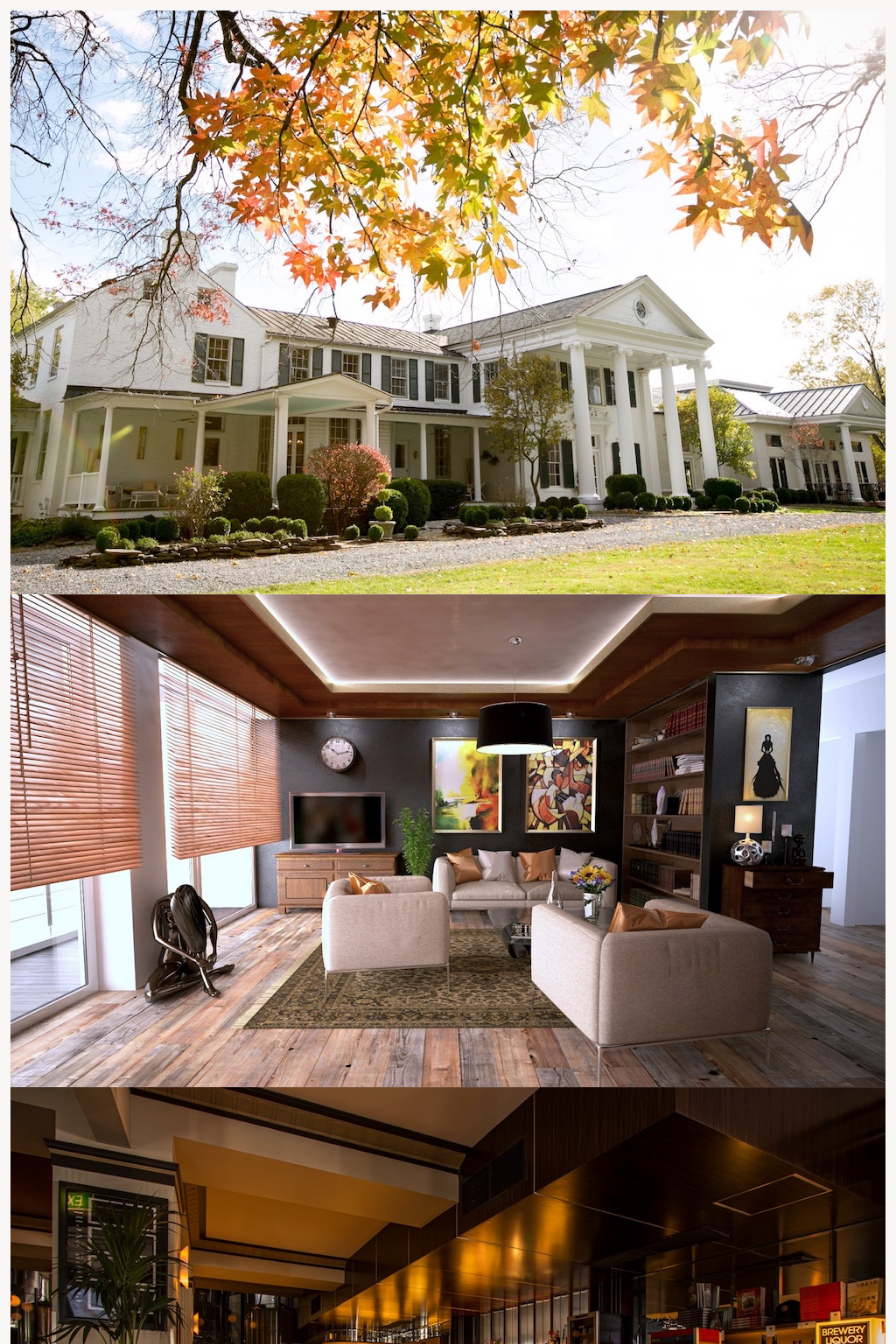
Repository: mikitran721/CSS3
Page: index.html
The author's editor kept a copy of each file at every save. The page is drawn from the files as they stood at one save, then again after the next save.
The browser window is 1280 px wide. The pictures show the part of the page from y = 0 to 1920 px (the page is 11280 px tall before and 720 px after), at 70% of full size.

Above is the page before, as saved 2023-06-18 03:44:05.

### index.html
<!DOCTYPE html>
<html lang="en">

<head>
    <meta charset="UTF-8">
    <title>Demo Project</title>
    <link rel="stylesheet" href="style.css">
</head>

<body>
    <section class="gallery">
        <figure class="gallery__item gallery__item--1"><img src="img/gal-1.jpeg" alt="Gallery image 1" class="gallery__img"></figure>
        <figure class="gallery__item gallery__item--2"><img src="img/gal-2.jpeg" alt="Gallery image 2" class="gallery__img"></figure>
        <figure class="gallery__item gallery__item--3"><img src="img/gal-3.jpeg" alt="Gallery image 3" class="gallery__img"></figure>
        <figure class="gallery__item gallery__item--4"><img src="img/gal-4.jpeg" alt="Gallery image 4" class="gallery__img"></figure>
        <figure class="gallery__item gallery__item--5"><img src="img/gal-5.jpeg" alt="Gallery image 5" class="gallery__img"></figure>
        <figure class="gallery__item gallery__item--6"><img src="img/gal-6.jpeg" alt="Gallery image 6" class="gallery__img"></figure>
        <figure class="gallery__item gallery__item--7"><img src="img/gal-7.jpeg" alt="Gallery image 7" class="gallery__img"></figure>
        <figure class="gallery__item gallery__item--8"><img src="img/gal-8.jpeg" alt="Gallery image 8" class="gallery__img"></figure>
        <figure class="gallery__item gallery__item--9"><img src="img/gal-9.jpeg" alt="Gallery image 9" class="gallery__img"></figure>
        <figure class="gallery__item gallery__item--10"><img src="img/gal-10.jpeg" alt="Gallery image 10" class="gallery__img"></figure>
        <figure class="gallery__item gallery__item--11"><img src="img/gal-11.jpeg" alt="Gallery image 11" class="gallery__img"></figure>
        <figure class="gallery__item gallery__item--12"><img src="img/gal-12.jpeg" alt="Gallery image 12" class="gallery__img"></figure>
        <figure class="gallery__item gallery__item--13"><img src="img/gal-13.jpeg" alt="Gallery image 13" class="gallery__img"></figure>
        <figure class="gallery__item gallery__item--14"><img src="img/gal-14.jpeg" alt="Gallery image 14" class="gallery__img"></figure>
    </section>
</body>

</html>

### style.css
html,
body,
div,
span,
applet,
object,
iframe,
h1,
h2,
h3,
h4,
h5,
h6,
p,
blockquote,
pre,
a,
abbr,
acronym,
address,
big,
cite,
code,
del,
dfn,
em,
img,
ins,
kbd,
q,
s,
samp,
small,
strike,
strong,
sub,
sup,
tt,
var,
b,
u,
i,
center,
dl,
dt,
dd,
ol,
ul,
li,
fieldset,
form,
label,
legend,
table,
caption,
tbody,
tfoot,
thead,
tr,
th,
td,
article,
aside,
canvas,
details,
embed,
figure,
figcaption,
footer,
header,
hgroup,
menu,
nav,
output,
ruby,
section,
summary,
time,
mark,
audio,
video {
  margin: 0;
  padding: 0;
  border: 0;
  font-size: 100%;
  font: inherit;
  vertical-align: baseline;
}

/* HTML5 display-role reset for older browsers */

article,
aside,
details,
figcaption,
figure,
footer,
header,
hgroup,
menu,
nav,
section {
  display: block;
}

body {
  line-height: 1;
}

ol,
ul {
  list-style: none;
}

blockquote,
q {
  quotes: none;
}

blockquote:before,
blockquote:after,
q:before,
q:after {
  content: "";
  content: none;
}

table {
  border-collapse: collapse;
  border-spacing: 0;
}

html {
  font-size: 62.5%;
}

@media only screen and (max-width: 75em) {
  html {
    font-size: 50%;
  }
}

/* Code follow from here */

.gallery {
  background-color: #f9f7f6;
  padding: 1.5rem;
}
.gallery__img {
  width: 100%;
  height: 100%;
  object-fit: cover;
  display: block;
}

After the next save:
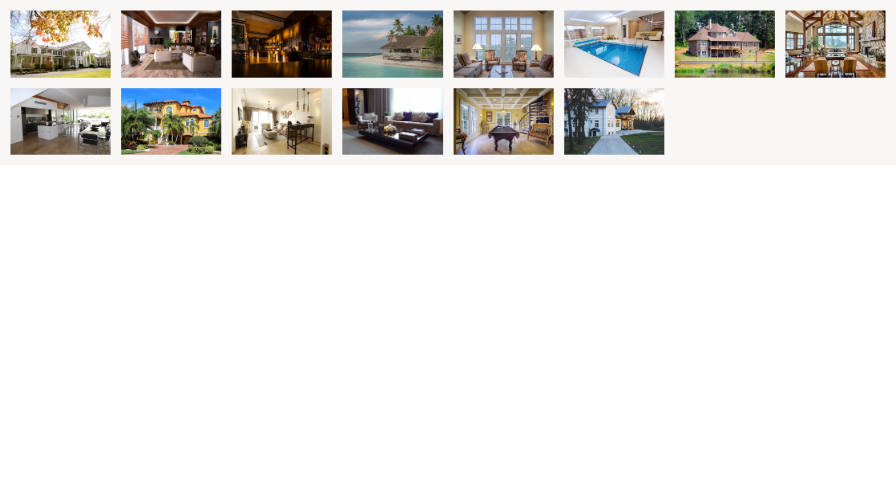
Saved 3 min 33 s later.
--- a/style.css
+++ b/style.css
@@ -145,7 +145,11 @@ html {
 .gallery {
   background-color: #f9f7f6;
   padding: 1.5rem;
+  grid-gap: 1.5rem;
+  display: grid;
+  grid-template-columns: repeat(8, 1fr);
 }
+
 .gallery__img {
   width: 100%;
   height: 100%;
